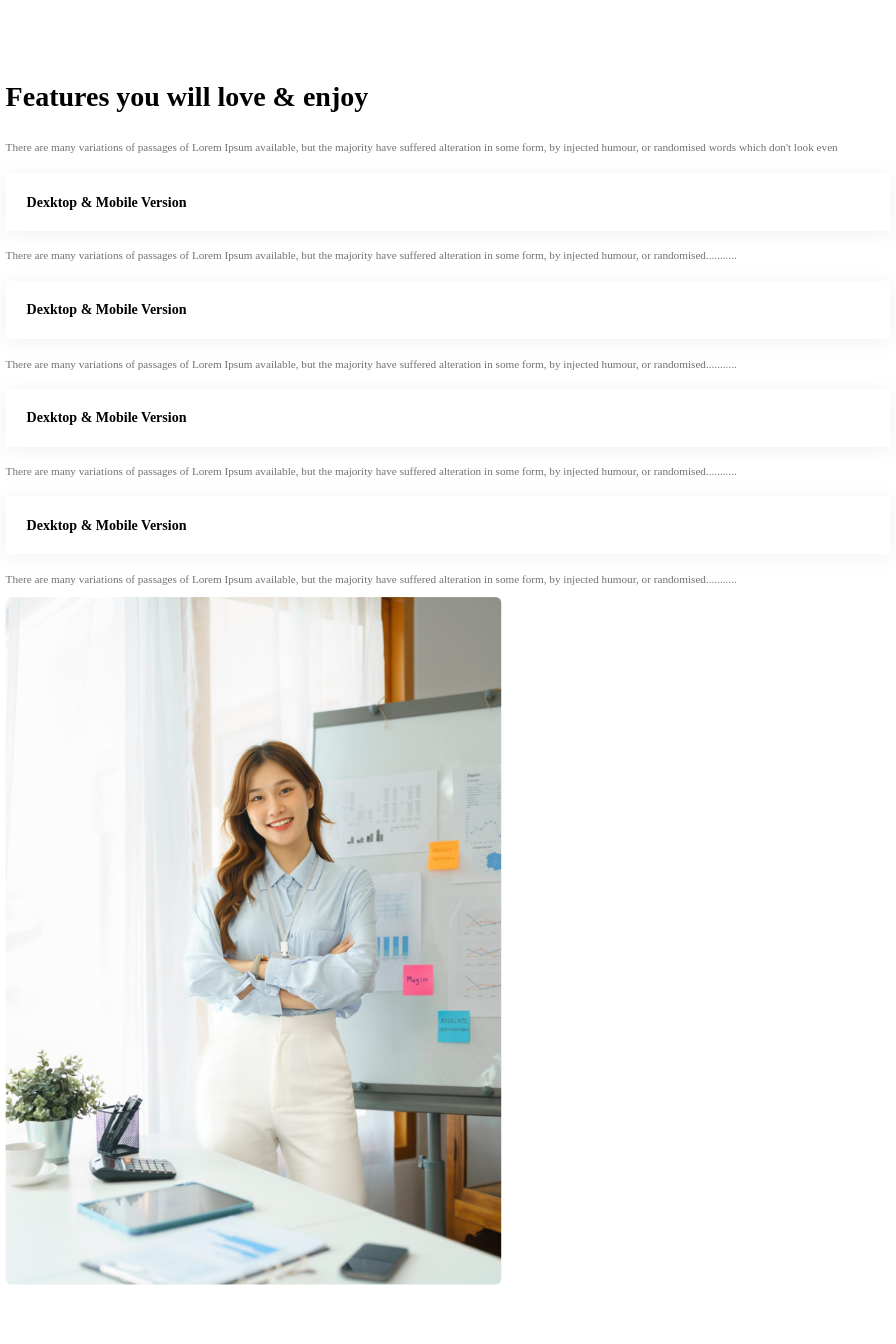
Repository: tanimtanzilislam/g3-architect-website
Page: index.html
These files come from the project's save history. The page is drawn as it stood at one moment and after the next save; the edit follows.
The browser window is 1280 px wide. The pictures show the part of the page from y = 2700 to 4620 px (the page is 6203 px tall before and 5963 px after), at 70% of full size.

Above is the page before, as saved 2026-02-06 22:32:57.

After the next save:
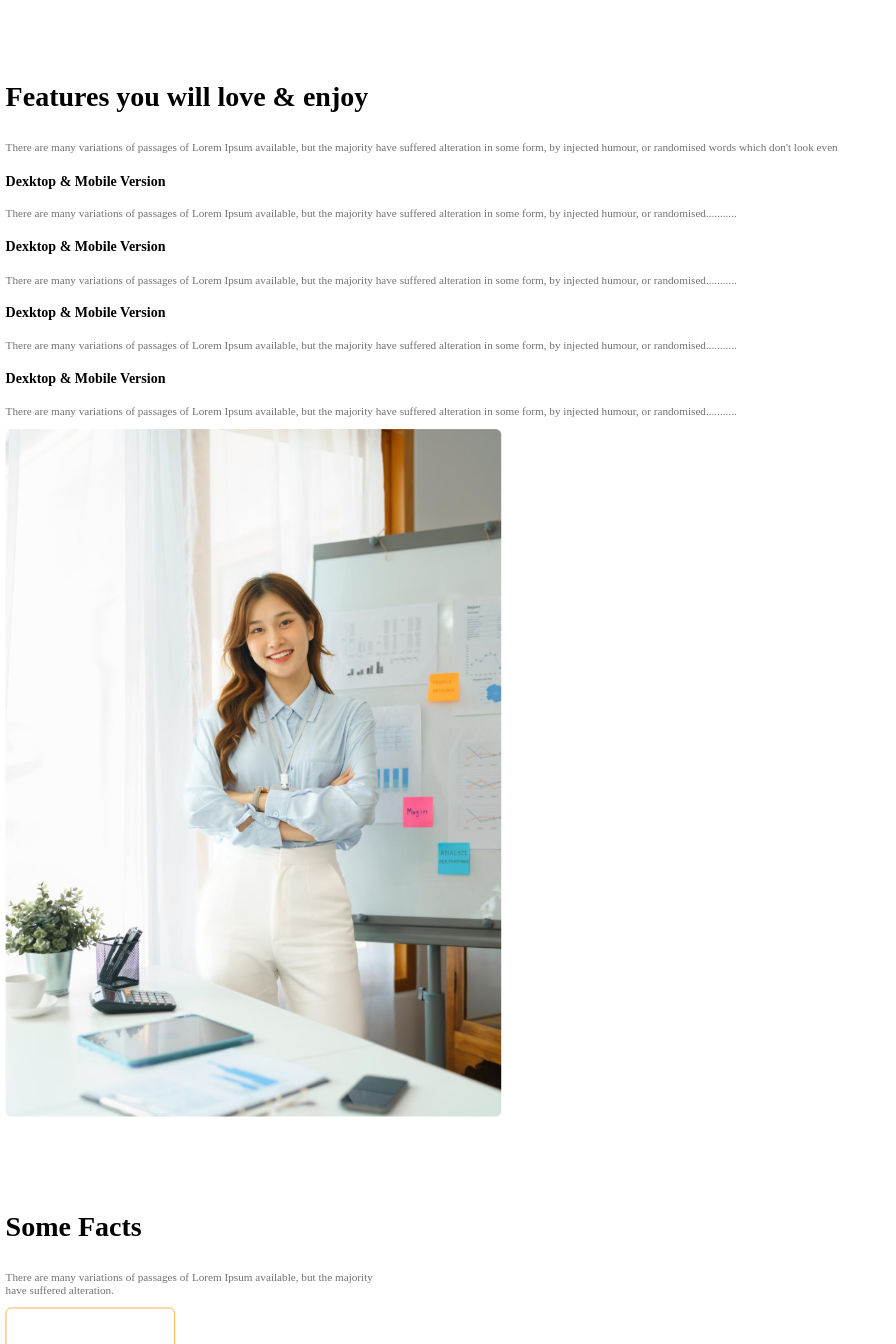
Saved 24 s later.
--- a/styles/styles.css
+++ b/styles/styles.css
@@ -115,8 +115,6 @@
 .feature-card .feature-title{
   font-weight:600;
   font-size:1.25rem;
-  padding:30px;
-  box-shadow: 0 4px 30px 0 rgba(0,0,0,0.06);
 
 }
 /* Some Facts related styles */
